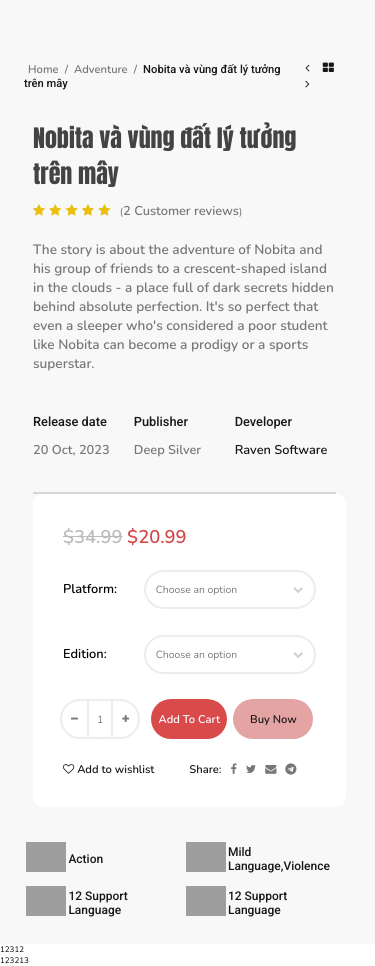
Repository: NguyenDinhThuyVy/TestWebsite
Page: detail.html
These files come from the project's save history. The page is drawn as it stood at one moment and after the next save; the edit follows.
The browser window is 375 px wide. The pictures show the part of the page from y = 600 to 1569 px (the page is 1566 px tall before and 1569 px after).
Pictures or frames that could not be fetched are drawn as grey boxes. Some web fonts or font styles are not loaded; a fallback is used.

Above is the page before, as saved 2023-10-01 21:48:00.

After the next save:
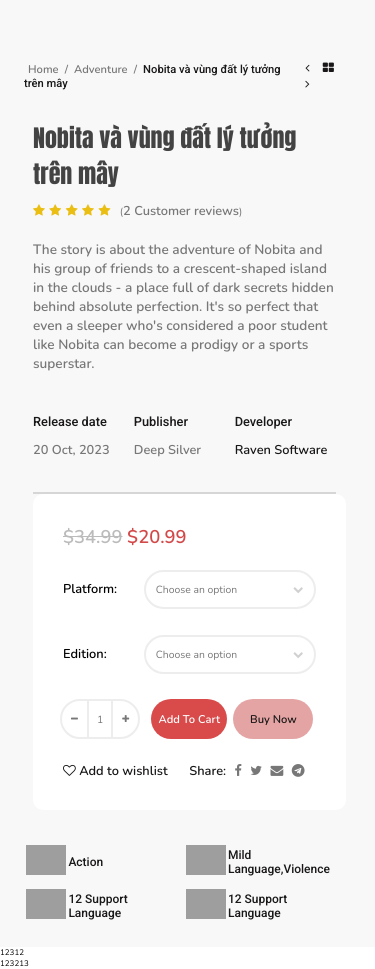
Saved 5 s later.
--- a/style.css
+++ b/style.css
@@ -650,19 +650,6 @@ html {
     overflow: hidden;
   }
 
-  .content-detail .product-purchase-table .another-choice {
-    display: grid;
-    grid-template-columns: 1fr 1fr;
-    margin-top: 23px;
-    font-size: 1.4rem;
-    font-weight: 900;
-  }
-
-  .content-detail .product-purchase-table .another-choice .product-share .social-network {
-    color: var(--fontcolor);
-    margin-left: 6px;
-  }
-
 
 }
 
